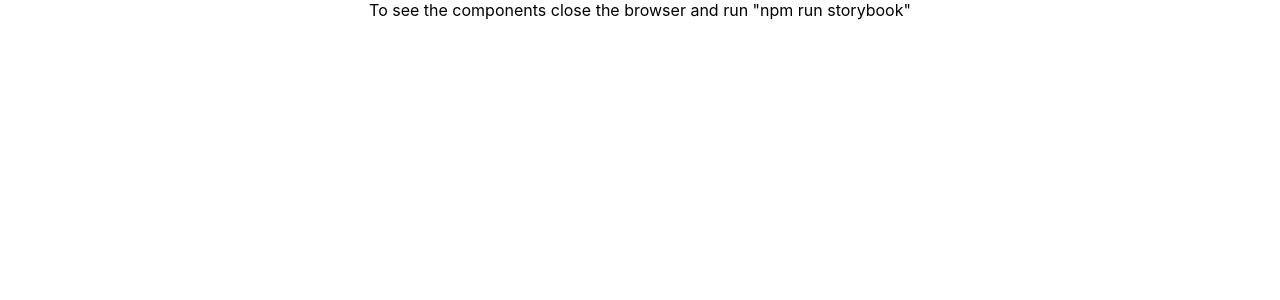
Repository: widgetface/ReactComponentRepo
Page: /
An editor plug-in stored every save of this project. The page is shown before and after the next save, followed by the edit.
The browser window is 1280 px wide. The pictures show the whole page.
The project was rebuilt for these pictures with package versions that can differ from the ones it lists, and the page was loaded fresh each time.

Above is the page before, as saved 2020-06-20 15:11:27.

After the next save:
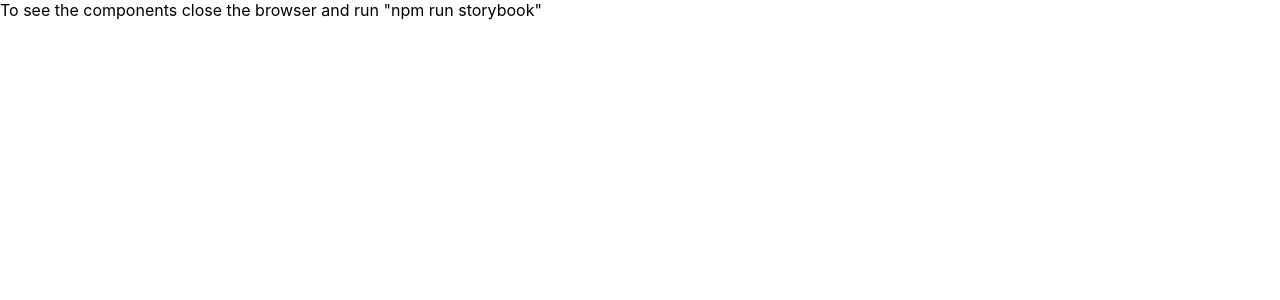
Saved 47 s later.
--- a/src/App.js
+++ b/src/App.js
@@ -3,11 +3,11 @@ import './App.scss';
 
 function App() {
   return (
-    <div className="App">
-      <header className="App-header">
+    <div className="container">
+      <div>
         To see the components close the browser and run
         "npm run storybook"
-      </header>
+      </div>
     </div>
   );
 }
